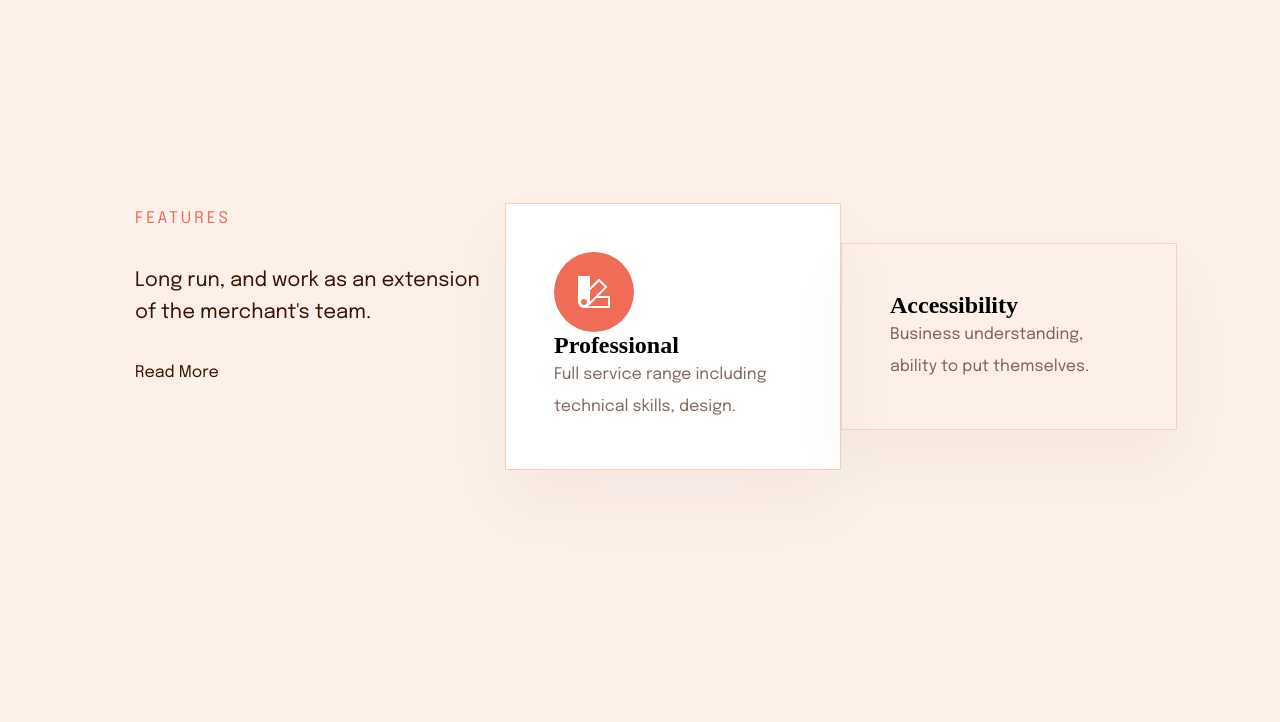
Repository: kubrazamanova/Project-7
Page: index.html
These files come from the project's save history. The page is drawn as it stood at one moment and after the next save; the edit follows.
The browser window is 1280 px wide. The pictures show the whole page.

Above is the page before, as saved 2023-09-23 10:42:02.

### index.html
<!DOCTYPE html>
<html lang="en">
  <head>
    <meta charset="UTF-8" />
    <meta name="viewport" content="width=device-width, initial-scale=1.0" />
    <link rel="stylesheet" href="index.css" />
    <title>Document</title>
  </head>
  <body>
    <div class="container">
      <div class="box">
        <h1>Features</h1>
        <p>Long run, and work as an extension of the merchant's team.</p>
        <a href="#">Read More</a>
      </div>

      <ul>
        <li>
          <div class="circle">
            <svg
              xmlns="http://www.w3.org/2000/svg"
              width="32"
              height="32"
              viewBox="0 0 32 32"
              fill="none"
            >
              <path
                fill-rule="evenodd"
                clip-rule="evenodd"
                d="M1 0C0.447715 0 0 0.447715 0 1V25.99V26V26.088C0.0212881 27.6491 0.652221 29.1399 1.758 30.242C2.88171 31.3692 4.40839 32.0019 6 32H31C31.5523 32 32 31.5523 32 31V21C32 20.4477 31.5523 20 31 20H20.522L28.778 11.78C28.9661 11.5924 29.0718 11.3377 29.0718 11.072C29.0718 10.8063 28.9661 10.5516 28.778 10.364L21.708 3.292C21.3175 2.90162 20.6845 2.90162 20.294 3.292L12 11.554V1C12 0.447715 11.5523 0 11 0H1ZM26.656 11.068L12 25.668V14.376L20.998 5.412L26.656 11.068ZM9 26C9 24.3431 7.65685 23 6 23C4.34315 23 3 24.3431 3 26C3 27.6568 4.34315 29 6 29C7.65685 29 9 27.6568 9 26ZM18.516 22H30V30H10.486L18.516 22Z"
                fill="white"
              />
            </svg>
          </div>
          <h2>Professional</h2>
          <span>Full service range including technical skills, design.</span>
        </li>
        <li>
          <h2>Accessibility</h2>
          <span>Business understanding, ability to put themselves.</span>
        </li>
      </ul>
    </div>
  </body>
</html>

### index.css
@import url("https://fonts.googleapis.com/css2?family=Epilogue:wght@400;700&display=swap");
* {
  margin: 0;
  padding: 0;
  box-sizing: border-box;
}

.container {
  padding: 203px 182px 252px 135px;
  background: #fdf0e9;
  min-height: 100vh;
  display: flex;
  justify-content: space-between;
}

.container .box h1 {
  margin-bottom: 30px;
  color: var(--Text_Dark_Accent, #ef6d58);
  font-feature-settings: "clig" off, "liga" off;
  font-family: Epilogue;
  font-size: 16px;
  font-style: normal;
  font-weight: 400;
  line-height: 32px;
  letter-spacing: 3px;
  text-transform: uppercase;
}

.container .box p {
  width: 370px;
  color: var(--Text_Dark, #391400);
  font-feature-settings: "clig" off, "liga" off;
  font-family: Epilogue;
  font-size: 20px;
  font-style: normal;
  font-weight: 400;
  line-height: 32px;
}

.container .box a {
  margin-top: 28px;
  display: block;
  color: var(--Text_Dark, #391400);
  font-feature-settings: "clig" off, "liga" off;
  font-family: Epilogue;
  font-size: 16px;
  font-style: normal;
  font-weight: 400;
  line-height: 32px;
  text-decoration: none;
}
ul {
  /* padding: 0 134px; */
  display: flex;
  align-items: center;
}

ul li {
  list-style-type: none;
  border: 1px solid #f3d1bf;
  padding: 48px 48px 46px 48px;
  width: 336px;
  box-shadow: 0px 32px 64px 0px rgba(57, 20, 0, 0.04);
}
ul li .circle{
  width: 80px;
height: 80px;
background-color: #EF6C57;
border-radius: 50%;
display: flex;
justify-content: center;
align-items: center;
}
ul li:first-child {
  background-color: white;
}
ul li .container li h2 {
  color: var(--Text_Dark, #391400);
  font-feature-settings: "clig" off, "liga" off;
  font-family: Epilogue;
  font-size: 24px;
  font-style: normal;
  font-weight: 700;
  line-height: 32px;
}

.container li span {
  width: 240px;
  color: var(--Text_Dark_Gray, rgba(57, 20, 0, 0.64));
  font-feature-settings: "clig" off, "liga" off;
  font-family: Epilogue;
  font-size: 16px;
  font-style: normal;
  font-weight: 400;
  line-height: 32px;
}

.white-box {
  background-color: white;

  border-radius: 6px 6px 0px 6px;
}

.white-box .box-3 h2 {
  margin-top: 41px;
}

.white-box .box-3 span {
  margin-top: 19px;
}

After the next save:
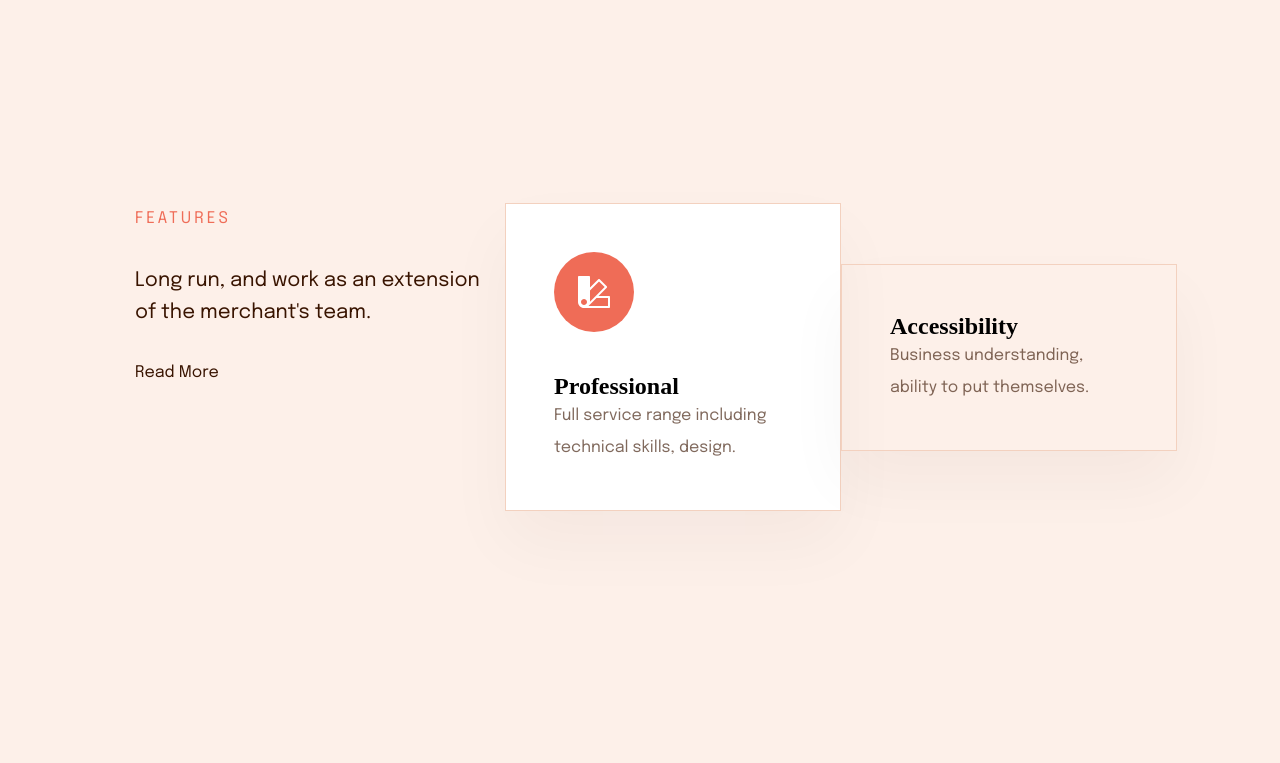
Saved 33 s later.
--- a/index.css
+++ b/index.css
@@ -65,6 +65,7 @@ ul li {
 ul li .circle{
   width: 80px;
 height: 80px;
+margin-bottom: 41px;
 background-color: #EF6C57;
 border-radius: 50%;
 display: flex;
